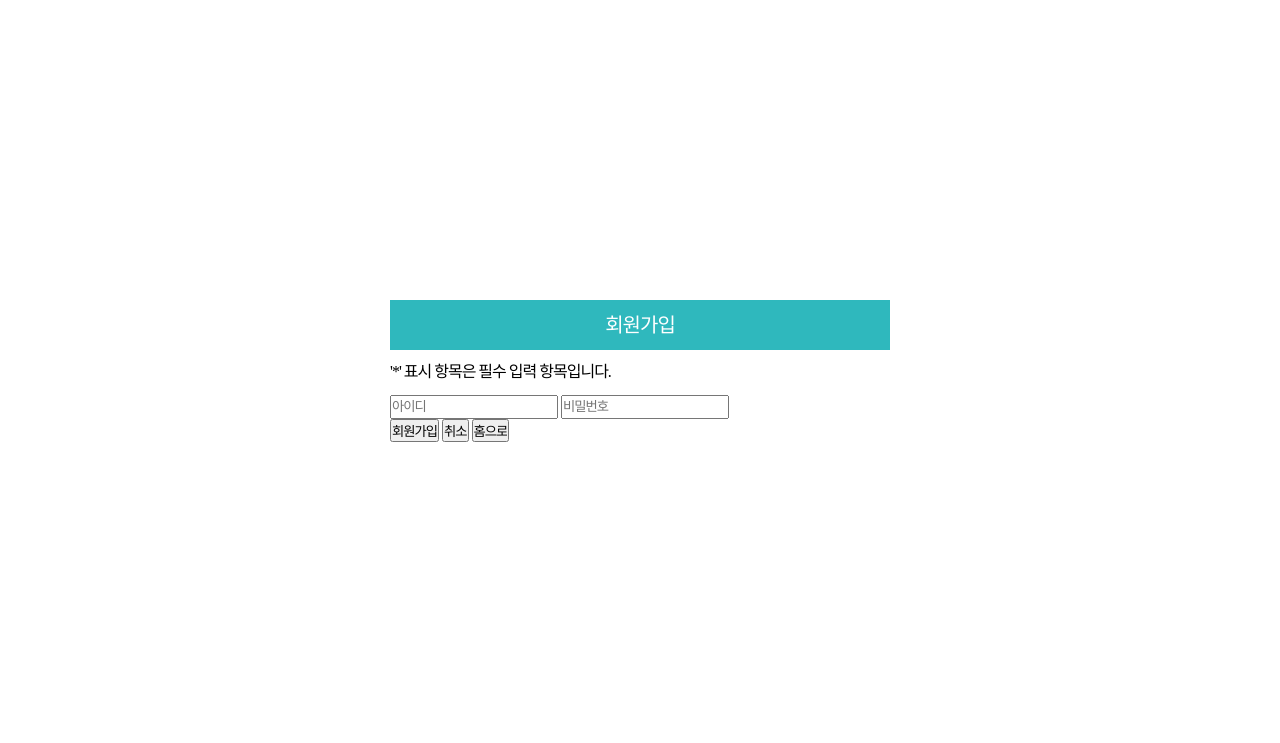
Repository: InhoKang92/jsp_1018
Page: http://localhost/Web_01/join.jsp
An editor plug-in stored every save of this project. The page is shown before and after the next save, followed by the edit.
The browser window is 1280 px wide. The pictures show the whole page.
Some web fonts or font styles are not loaded; a fallback is used. The page is served by Tomcat 9.

Above is the page before, as saved 2024-10-16 02:01:41.

After the next save:
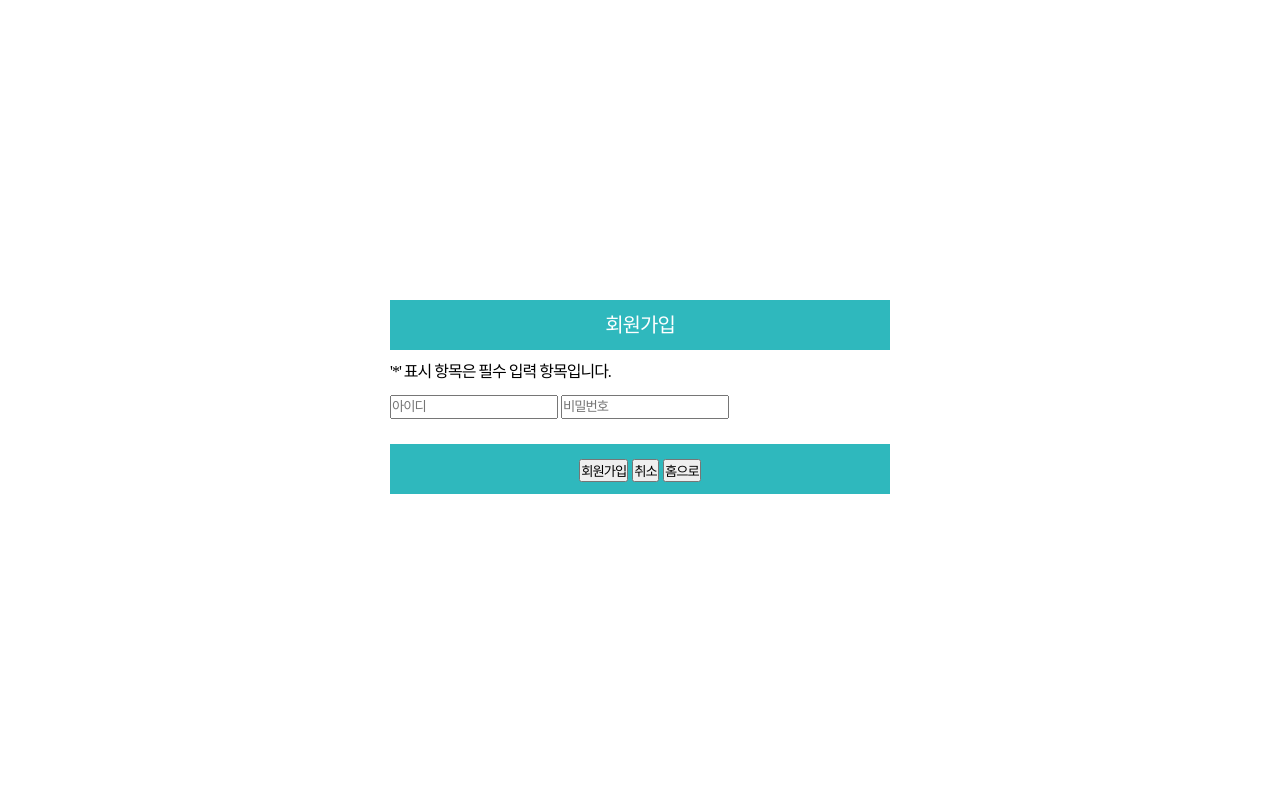
Saved 28 s later.
--- a/Web_01/src/main/webapp/css/join.css
+++ b/Web_01/src/main/webapp/css/join.css
@@ -16,3 +16,17 @@
 .mand {
 	margin: 10px 0;
 }
+
+
+.button_box {
+    text-align: center;
+    width: 500px;
+    background-color: #2fb8bd;
+    border: none;
+    color: #fff;
+    font-size: 20px;
+    padding: 10px;
+    margin-top: 25px;
+    margin-bottom: 15px;
+    cursor: pointer;
+}
